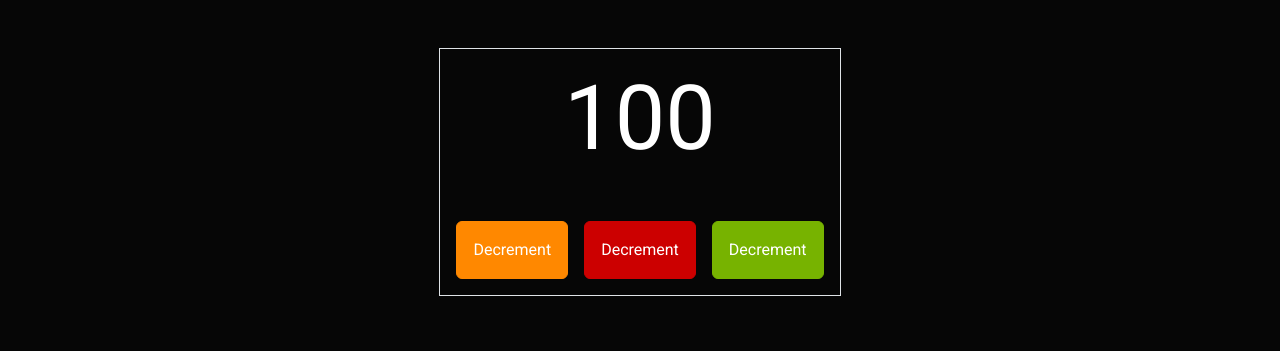
Repository: Afraz13/Emoboo
Page: /
These files come from the project's save history. The page is drawn as it stood at one moment and after the next save; the edit follows.
The browser window is 1280 px wide. The pictures show the whole page.
The project was rebuilt for these pictures with package versions that can differ from the ones it lists, and the page was loaded fresh each time.

Above is the page before, as saved 2024-08-15 12:35:54.

After the next save:
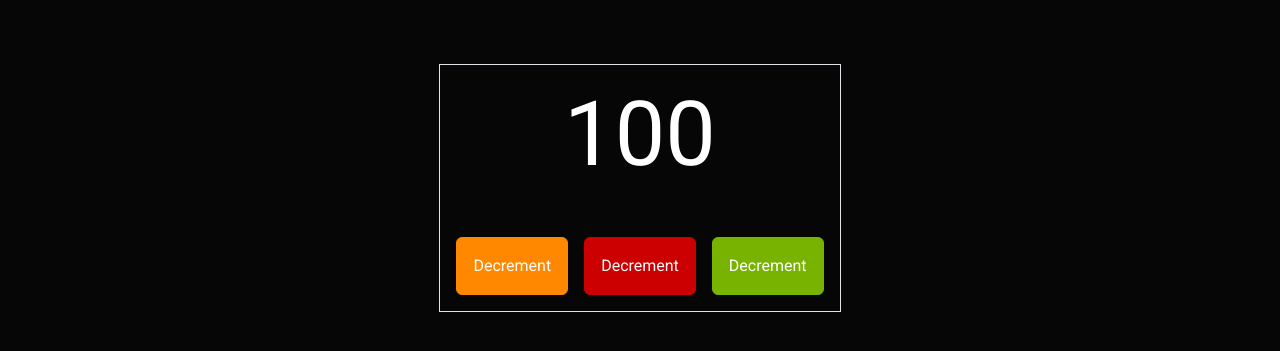
Saved 4 s later.
--- a/src/compontent/Counter.jsx
+++ b/src/compontent/Counter.jsx
@@ -3,7 +3,7 @@
 function Counter() {
   return (
     <div className='d-flex justify-content-center align-items-center w-100 flex-column mt-5  '>
-        <div className='border p-3 m'>
+        <div className='border p-3 m-3'>
         <h1 style={{fontSize:'90px'}}>100</h1>
         <div className='mt-5'>
             <button className='btn btn-warning p-3'>Decrement</button>

After the save that followed:
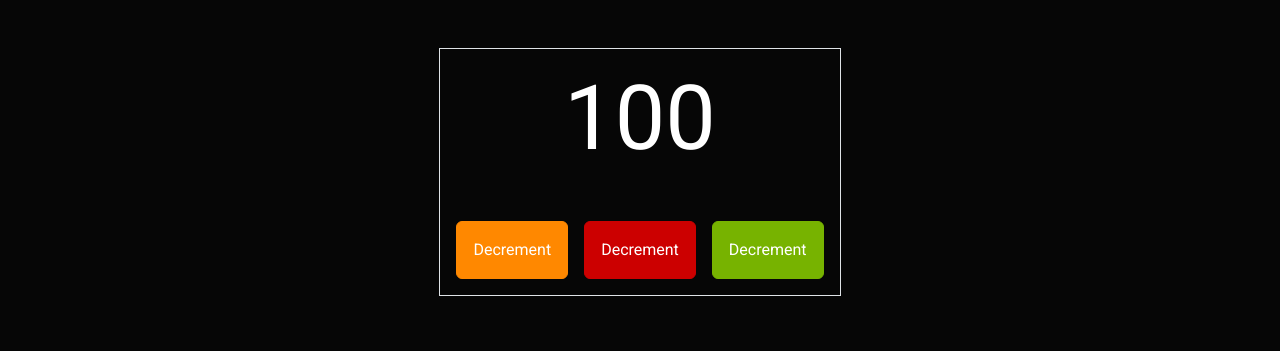
Saved 7 s later.
--- a/src/compontent/Counter.jsx
+++ b/src/compontent/Counter.jsx
@@ -3,7 +3,7 @@
 function Counter() {
   return (
     <div className='d-flex justify-content-center align-items-center w-100 flex-column mt-5  '>
-        <div className='border p-3 m-3'>
+        <div className='border p-3 '>
         <h1 style={{fontSize:'90px'}}>100</h1>
         <div className='mt-5'>
             <button className='btn btn-warning p-3'>Decrement</button>
